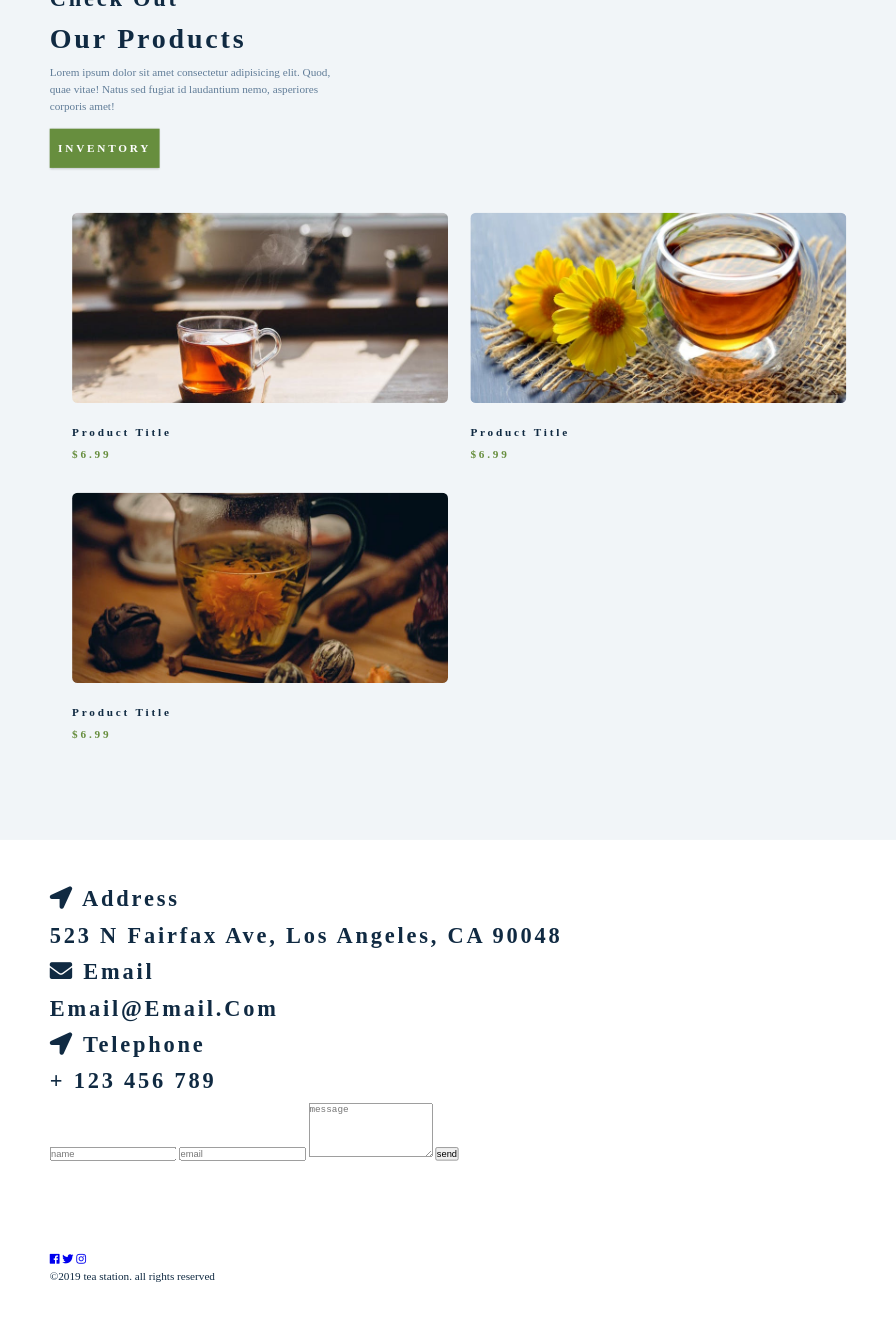
Repository: Ndifoinhilary/building_tea_site
Page: index.html
An editor plug-in stored every save of this project. The page is shown before and after the next save, followed by the edit.
The browser window is 1280 px wide. The pictures show the part of the page from y = 1747 to 3667 px (the page is 3667 px tall before and 3267 px after), at 70% of full size.
Backgrounds fixed to the window are drawn as part of the page. Some web fonts or font styles are not loaded; a fallback is used.

Above is the page before, as saved 2024-01-06 13:15:37.

### index.html
<!DOCTYPE html>
<html lang="en">

<head>
  <meta charset="UTF-8" />
  <meta name="viewport" content="width=device-width, initial-scale=1.0" />
  <meta http-equiv="X-UA-Compatible" content="ie=edge" />
  <title>Tea Station || Home</title>
  <!-- font-awesome -->
  <link rel="stylesheet" href="./fontawesome-free-5.7.2-web/css/all.css" />
  <!-- custom css -->
  <link rel="stylesheet" href="./css/styles.css" />
</head>

<body>
  <!-- nav button -->
  <span class="nav-btn" id="nav-btn">
    <i class="fas fa-bars"></i>
  </span>
  <!-- nav -->
  <nav class="navbar" id="navbar">
    <div class="navbar-header">
      <span class="nav-close" id="nav-close">
        <i class="fas fa-times"></i>
      </span>
    </div>
    <ul class="nav-items">
      <li><a href="index.html" class="nav-link">home</a></li>
      <li><a href="skills.html" class="nav-link">skills</a></li>
      <li><a href="about.html" class="nav-link">about</a></li>
      <li><a href="products.html" class="nav-link">products</a></li>
    </ul>
  </nav>
  <!-- header -->
  <header class="header">
    <div class="banner">
      <h2 class="banner-subtitle">Over one hunred flavors of tea</h2>
      <h1 class="banner-title">specially crafted tea</h1>
      <a href="skills.html" class=" btn banner-btn">explore</a>
    </div>
  </header>

  <div class="content-divider"></div>





  <!-- skills section -->
  <section class="skills clearfix">
    <!-- single skill -->
    <article class="skill">
      <span class="skill-icon">
        <i class="fas fa-mug-hot"></i>
      </span>
      <h4 class="skill-title">made in US</h4>
      <!-- ten words -->
      <p class="skill-text">
        Lorem ipsum dolor sit amet consectetur adipisicing elit. Tempore,
        sequi.
      </p>
    </article>
    <!-- end of single skill -->
    <!-- single skill -->
    <article class="skill">
      <span class="skill-icon">
        <i class="fas fa-glass-cheers"></i>
      </span>
      <h4 class="skill-title">relaxation</h4>
      <!-- ten words -->
      <p class="skill-text">
        Lorem ipsum dolor sit amet consectetur adipisicing elit. Tempore,
        sequi.
      </p>
    </article>
    <!-- end of single skill -->
    <!-- single skill -->
    <article class="skill">
      <span class="skill-icon">
        <i class="fas fa-bomb"></i>
      </span>
      <h4 class="skill-title">energy</h4>
      <!-- ten words -->
      <p class="skill-text">
        Lorem ipsum dolor sit amet consectetur adipisicing elit. Tempore,
        sequi.
      </p>
    </article>
    <!-- end of single skill -->
    <!-- single skill -->
    <article class="skill">
      <span class="skill-icon">
        <i class="fas fa-mortar-pestle"></i>
      </span>
      <h4 class="skill-title">family recipe</h4>
      <!-- ten words -->
      <p class="skill-text">
        Lorem ipsum dolor sit amet consectetur adipisicing elit. Tempore,
        sequi.
      </p>
    </article>
    <!-- end of single skill -->
  </section>
  <!--end of skills section -->




  <!-- about -->
  <section class="about">

    <div class="section-center clearfix">

      <article class="about-img">
        <div class="about-picture-container">
          <img src="./images/about-bcg.jpeg" alt="tea kettle" class="about-picture" />
        </div>
      </article>

      <article class="about-info">
        <!-- section title -->
        <div class="section-title">
          <h3 class="section-subtitle">about our</h3>
          <h2 class="section-title">tea station</h2>
        </div>
        <!-- section title -->
        <p class="about-text">
          Lorem ipsum dolor sit amet consectetur adipisicing elit. Possimus
          numquam rem eos vel consequuntur obcaecati?
        </p>
        <p class="about-text">
          Lorem ipsum dolor sit amet consectetur adipisicing elit. Possimus
          numquam rem eos vel consequuntur obcaecati?
        </p>
        <a href="about.html" class="btn">learn more</a>
      </article>
    </div>
  </section>
  <!-- end of about -->





  <!-- products -->
  <section class="products">
    <div class="section-center clearfix">
      <!-- products info  -->
      <article class="products-info">
        <!-- title -->
        <div>
          <h3 class="section-subtitle">check out</h3>
          <h2 class="section-title text-white">our products</h2>
        </div>
        <!-- end of title -->
        <p class="product-text">
          Lorem ipsum dolor sit amet consectetur adipisicing elit. Quod, quae
          vitae! Natus sed fugiat id laudantium nemo, asperiores corporis
          amet!
        </p>
        <a href="products.html" class="btn">inventory</a>
      </article>
      <!-- end of products info -->

      <!-- products inventory -->
      <article class="products-inventory clearfix">
        <!-- single product -->
        <div class="product">
          <img src="./images/product-1.jpeg" alt="single product" class="product-img" />
          <h4 class="product-title">product title</h4>
          <h4 class="product-price">$6.99</h4>
        </div>
        <!--end of single product -->
        <!-- single product -->
        <div class="product">
          <img src="./images/product-2.jpeg" alt="single product" class="product-img" />
          <h4 class="product-title">product title</h4>
          <h4 class="product-price">$6.99</h4>
        </div>
        <!--end of single product -->
        <!-- single product -->
        <div class="product">
          <img src="./images/product-3.jpeg" alt="single product" class="product-img" />
          <h4 class="product-title">product title</h4>
          <h4 class="product-price">$6.99</h4>
        </div>
        <!--end of single product -->
      </article>
      <!--end of  products inventory -->
    </div>
  </section>


  <!-- end of  products -->




  <!-- contact -->
  <section class="contact">
    <div class="section-center clearfix">
      <!-- contact info -->
      <article class="contact-info">
        <!-- contact item -->
        <div class="contact-item">
          <!-- contact text -->
          <h3 class="contact-title">
            <span class="contact-icon">
              <i class="fas fa-location-arrow"></i> </span>address
          </h3>
          <h3 class="contact-text">
            523 N Fairfax Ave, Los Angeles, CA 90048
          </h3>
        </div>
        <!-- end of contact item -->
        <!-- contact item -->
        <div class="contact-item">
          <!-- contact text -->
          <h3 class="contact-title">
            <span class="contact-icon"> <i class="fas fa-envelope"></i> </span>email
          </h3>
          <h3 class="contact-text">email@email.com</h3>
        </div>
        <!-- end of contact item -->

        <!-- contact item -->
        <div class="contact-item">
          <!-- contact text -->
          <h3 class="contact-title">
            <span class="contact-icon">
              <i class="fas fa-location-arrow"></i> </span>telephone
          </h3>
          <h3 class="contact-text">+ 123 456 789</h3>
        </div>
        <!-- end of contact item -->
      </article>
      <article class="contact-form">
        <form action="https://formspree.io/learncodetutorial@gmail.com" method="POST" class="form-group">
          <input type="text" name="name" placeholder="name" class="form-control" />
          <input type="email" name="email" placeholder="email" class="form-control" />
          <textarea name="message" placeholder="message" class="form-control" rows="5"></textarea>
          <button class="main-btn">send</button>
        </form>
      </article>
      <!-- end of contact info -->
    </div>
  </section>




  <!-- end o fcontact -->
  <footer class="footer">
    <div class="section-center">
      <div class="social-icons">
        <!-- social icon -->
        <a href="#" class="social-icon">
          <i class="fab fa-facebook"></i>
        </a>
        <!-- end of social icon -->
        <!-- social icon -->
        <a href="#" class="social-icon">
          <i class="fab fa-twitter"></i>
        </a>
        <!-- end of social icon -->
        <!-- social icon -->
        <a href="#" class="social-icon">
          <i class="fab fa-instagram"></i>
        </a>
        <!-- end of social icon -->
      </div>
      <p class="footer-text">
        &copy;2019 <span class="text-primary">tea station</span>. all rights
        reserved
      </p>
    </div>
  </footer>



  <script src="app.js"></script>
</body>

</html>

### css/styles.css
@import url("https://fonts.googleapis.com/css?family=Catamaran:400,700|Grand+Hotel");

* {
  margin: 0;
  padding: 0;
  box-sizing: border-box;
}

/*================
Global variables
===================
*/

:root{
  --clr-primary:#678e3e;
  --clr-primary-light:#beed8c;
  --clr-grey-1:#102a42;
  --clr-grey-5:#617d98;
  --clr-grey-10:#f1f5f8;
  --clr-white:#fff;
  --ff-primary:"Catamaran",sans-serif;
  --ff-secondary:"Grand Hotel", cursive;
  --transition: all 0.3s linear ;
  --spacing:0.25rem;
  --radius:0.5rem;
}


body{
  font-family: var(--clr-primary);
  background: var(--clr-white);
  color: var(--clr-grey-1);
  line-height: 1.5;
  font-size: 0.875rem;
}

a{
  text-decoration: none;
}

img{
  width: 100%;
  display: block;
}
h1,h2,h3,h4{
  letter-spacing: var(--spacing);
  text-transform: capitalize;
  line-height: 1.25;
  margin-bottom: 0.75rem;
}

h1{
  font-size: 3rem;
}
h2{
  font-size: 2rem;
}
h3{
  font-size: 1.5rem;
}
h4{
  font-size: 0.875rem;
}

p{
  margin-bottom: 1.25rem;
}
@media screen and (min-width:800px) {
  h1{
    font-size: 4rem;
  }
  h2{
    font-size: 2.5rem;
  }
  h3{
    font-size: 2rem;
  }
  h4{
    font-size: 1rem;
  }
  body{
    font-size: 1rem;
  }
  h1,h2,h3,h4{
    line-height: 1.25;

  }
}
/*
more css
 */

 .btn{
  text-transform: uppercase;
  background: var(--clr-primary);
  color: var(--clr-white);
  padding: 1rem 0.75rem;
  letter-spacing: var(--spacing);
  display: inline-block;
  font-weight:700 ;
  transition: var(--transition);
  font-size: 1rem;
  border: none;
  cursor: pointer;
  box-shadow: 0 1px 3px rgba(0, 0, 0,0.2);
 }
.btn:hover {
  color: var(--ff-primary);
  background: var(--clr-primary-light);
}
.clearfix::after , .clearfix::before{
  content: "";
  clear: both;
  display: table;
}
.section-title h3{
font-family: var(--ff-secondary);
color: var(--clr-primary);
}
section-title{
  margin-bottom: 2rem;
}
.section-center{
  padding: 4rem 0;
  width: 85vw;
  margin: 0 auto;
  max-width: 1170px;
}
@media screen and (min-width:992px) {
  .section-center{
    width: 95vw;
    padding: 4rem 1rem;
  }
}
 /*
 header
  */

  .header{
    min-height: 100vh;
    background: linear-gradient(rgba(0, 0, 0,0.6),rgba(0, 0, 0,0.6)) ,url("/images/main-bcg.jpeg") center/cover no-repeat fixed;
    position: relative;
    /* animation */
    overflow-x: hidden;

  }

  .banner{
    text-align: center;
    position: absolute;
    top: 50%;
    left: 50%;
    transform: translate(-50%,-50%);
  }

  .banner h2{
    font-family: var(--ff-secondary);
    color: var(--clr-primary);
    /* animation */
  }

  .banner h1{
    text-transform: uppercase;
    color: var(--clr-white);
    margin-top: 1.25rem;
    margin-bottom: 2rem;
  }

.banner-btn{
  outline: 0.125rem solid var(--clr-primary);
  outline-offset: 0.25rem;
  font-size: 1.25rem;
  padding:1rem 1.75rem ;
}

.content-divider{
height: 0.5rem;
background: linear-gradient(to left, var(--clr-primary), #e9b949, var(--clr-primary));
}

/*
skills section
 */

 .skills{
  background: var(--clr-grey-10);

 }

 .skill{
  text-align: center;
  padding: 2.5rem 0;
  transition: var(--transition);

 }

 .skill-icon{
  font-size: 2.5rem;
  margin-bottom: 1.25rem;
  transition: var(--transition);
  display: inline-block;
  color: var(--clr-primary);

 }
 .skill-text{
  color: var(--clr-grey-5);
  max-width: 17rem;
  margin: 0 auto;
 }
 .skill:hover {
  background: var(--clr-white);
  box-shadow: 0  2px var(--clr-primary);
 }

 .skill:hover .skill-icon{
  transform: translateY(-5px);
 }
 @media screen and (min-width:576px) {
  .skill{
    float: left;
    width: 50%;
  }
 }

 @media screen and (min-width:1200px) {
  .skill{

    width: 25%;
  }
 }

 /*
 About css
  */
.about-img, .about-info{
  padding: 2rem;
}

.about-picture-container{
  color: var(--clr-primary);
  border: 0.5rem solid var(--clr-primary);
  max-width: 30rem;
  overflow: hidden;

}

.about-picture{
  transition: var(--transition);
}

.about-picture-container:hover .about-picture{
opacity: 0.5;
transform: scale(1.2)
}


.about-text{
  max-width: 26rem;
  color: var(--clr-grey-5);
}


@media screen and (min-width:992px) {
  .about-info, .about-img{
    float: left;
    width: 50%;
  }
  .about-info{
    padding-left:2rem ;
  }
}
/*
product section
 */


 .product{
  margin-bottom: 2rem;
 }

.products{
  background: var(--clr-grey-10);

}

.products article{
  padding: 2rem 0;
}
.product-text{
  color: var(--clr-grey-5);
  max-width: 26rem;
}

.product-img{
  border-radius: var(--radius);
  margin-bottom: 2rem;
  height: 17rem;
  object-fit: cover;
}

.product-price{
  color: var(--clr-primary);
}

@media screen and (min-width:768px) {
.product{
  float: left;
  width: 50%;
  padding-left: 2rem;
}

}

### app.js
const navBtn = document.getElementById("nav-btn");
const navbar = document.getElementById("navbar");
const navClose = document.getElementById("nav-close");

navBtn.addEventListener("click", () => {
  navbar.classList.add("showNav");
});

navClose.addEventListener("click", () => {
  navbar.classList.remove("showNav");
});

Loaded but not shown: fontawesome-free-5.7.2-web/css/all.css (library)

After the next save:
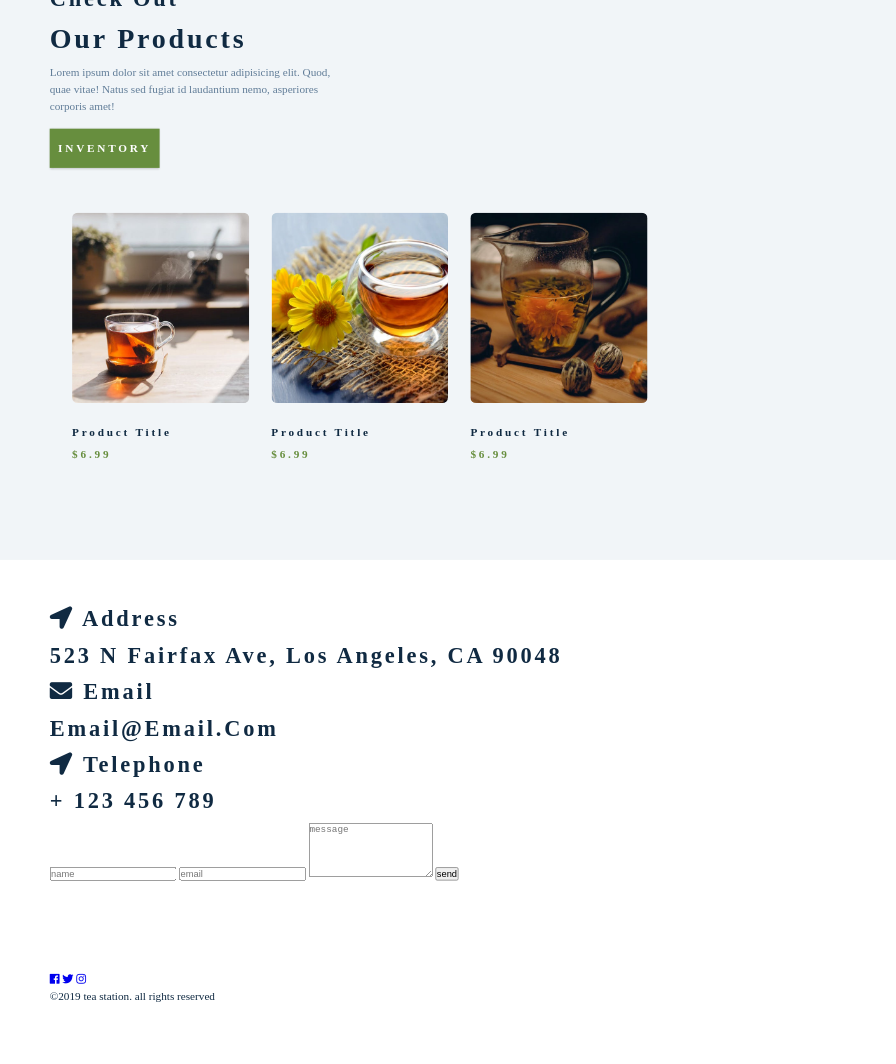
Saved 75 s later.
--- a/css/styles.css
+++ b/css/styles.css
@@ -310,3 +310,10 @@ product section
 }
 
 }
+@media screen and (min-width:992px) {
+.product{
+  float: left;
+  width: 25%;
+}
+
+}
